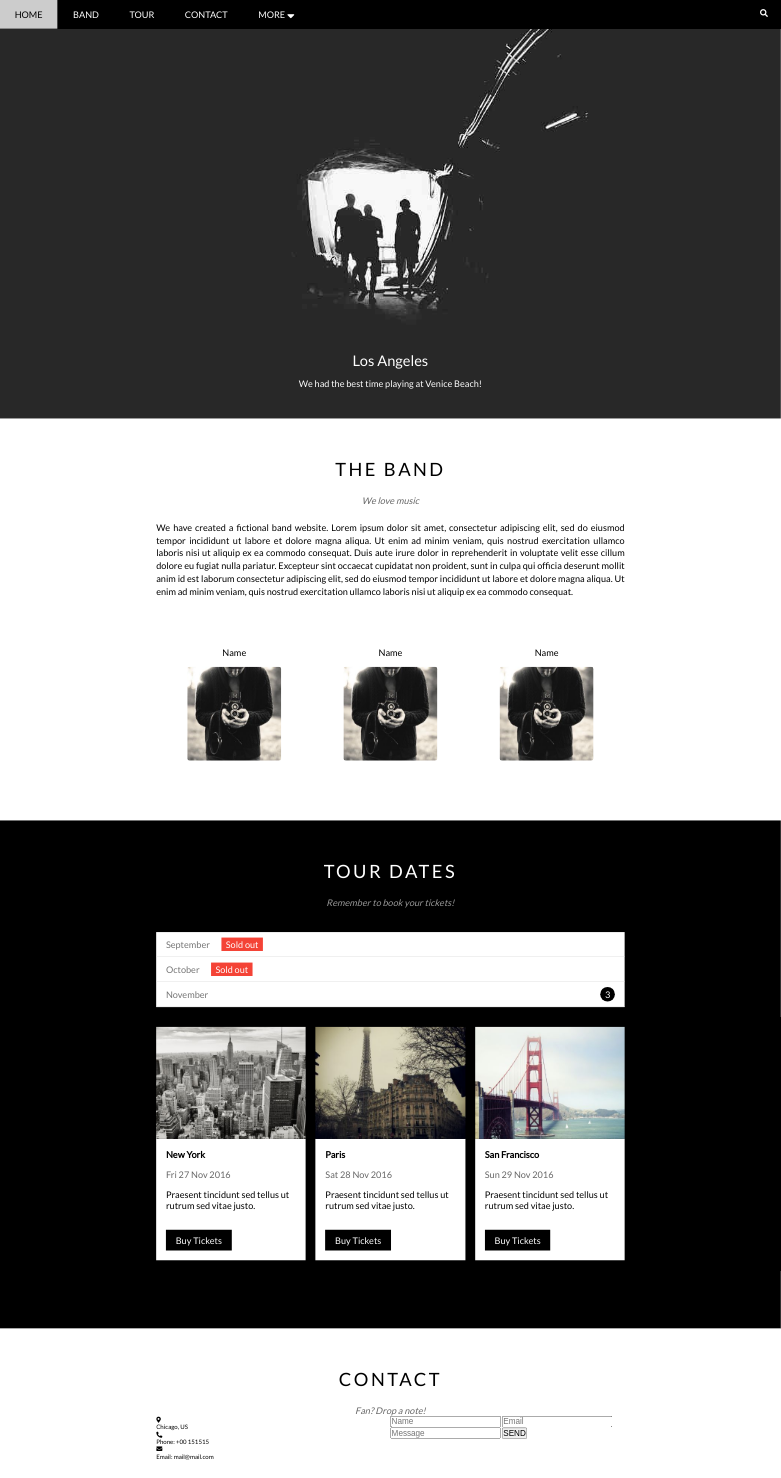
Repository: nguyenthaicong265/w3-band
Page: index.html
An editor plug-in stored every save of this project. The page is shown before and after the next save, followed by the edit.
The browser window is 1280 px wide. The pictures show the whole page, at 61% of full size.

Above is the page before, as saved 2021-12-30 00:51:26.

### index.html
<!DOCTYPE html>
<html lang="en">
<head>
    <meta charset="UTF-8">
    <meta http-equiv="X-UA-Compatible" content="IE=edge">
    <meta name="viewport" content="width=device-width, initial-scale=1.0">
    <title>Document</title>
    <link rel="stylesheet" href="./assets/css/styles.css">
    <link rel="stylesheet" href="https://fonts.googleapis.com/css?family=Lato">
    <link rel="stylesheet" href="./assets/font/themify-icons-font/themify-icons/themify-icons.css">
    <link rel="stylesheet" href="./assets/font/fontawesome-free-5.15.4-web/css/all.css">
</head>
<body>
    <div id="main">
        <div id="header">
            <ul id="nav">
                <li><a href="">Home</a></li>
                <li><a href="">Band</a></li>
                <li><a href="">Tour</a></li>
                <li><a href="">Contact</a></li>
                <li>
                    <a href="#">
                        More
                        <i class="fas fa-sort-down"></i>
                    </a>
                    <ul class="subnav">
                        <li><a href="#">Merchandise</a></li>
                        <li><a href="#">Extras</a></li>
                        <li><a href="#">Media</a></li>
                    </ul>
                </li>
            </ul>
            <div class="search-button">
                <i class="fas fa-search text-white"></i>
            </div>
        </div>

        <div id="slider">
            <div class="text-content text-white">
                <h2 class="text-head">Los Angeles
                </h2>
                <div class="text-description">We had the best time playing at Venice Beach!
                </div>
            </div>
        </div>

        <div id="content">
            <!-- About-section -->
            <div class="band-section">
                <div class="content-section">
                    <h2 class="section-heading">
                    THE BAND
                    </h2>
                    <p class="section-sub-heading">
                    We love music
                    </p>
                    <p class="about-text">We have created a fictional band website. Lorem ipsum dolor sit amet, consectetur adipiscing elit, sed do eiusmod tempor incididunt ut labore et dolore magna aliqua. Ut enim ad minim veniam, quis nostrud exercitation ullamco laboris nisi ut aliquip ex ea commodo consequat. Duis aute irure dolor in reprehenderit in voluptate velit esse cillum dolore eu fugiat nulla pariatur. Excepteur sint occaecat cupidatat non proident, sunt in culpa qui officia deserunt mollit anim id est laborum consectetur adipiscing elit, sed do eiusmod tempor incididunt ut labore et dolore magna aliqua. Ut enim ad minim veniam, quis nostrud exercitation ullamco laboris nisi ut aliquip ex ea commodo consequat.
                    </p>

                    <!-- Member -->
                    <div class="members-list">
                        <div class="member-item">
                            <p class="member-name">Name</p>
                            <img src="./assets/img/band/member1.jpg" alt="Name" class="member-avatar">
                        </div>

                        <div class="member-item">
                            <p class="member-name">Name</p>
                            <img src="./assets/img/band/member1.jpg" alt="Name" class="member-avatar">
                        </div>

                        <div class="member-item">
                            <p class="member-name">Name</p>
                            <img src="./assets/img/band/member1.jpg" alt="Name" class="member-avatar">
                        </div>
                    </div>
                </div>
            </div>

            <!-- Tour-section -->
            <div class="tour-section">
                <div class="content-section">
                    <h2 class="section-heading text-white">
                    TOUR DATES
                    </h2>
                    <p class="section-sub-heading text-white">
                    Remember to book your tickets!
                    </p>

                    <!-- Tickets  -->
                    <ul class="tickets-list">
                        <li>September <span class="sold-out text-white">Sold out</span></li>
                        <li>October <span class="sold-out text-white">Sold out</span></li>
                        <li>November <span class="quantity text-white">3</span></li>
                    </ul>

                    <!-- Places -->
                    <div class="places-list">
                        <div class="places-item">
                            <img src="./assets/img/places/newyork.jpg" alt="New York" class="place-img">
                            <div class="place-body">
                                <h3 class="place-heading">
                                    New York
                                </h3>
                                <p class="place-time">
                                    Fri 27 Nov 2016
                                </p>
                                <p class="place-dsc">
                                    Praesent tincidunt sed tellus ut rutrum sed vitae justo.
                                </p>
                                <a href="#" class="place-buy-ticket">Buy Tickets</a>
                            </div>
                        </div>

                        <div class="places-item">
                            <img src="./assets/img/places/paris.jpg" alt="Paris" class="place-img">
                            <div class="place-body">
                                <h3 class="place-heading">
                                    Paris
                                </h3>
                                <p class="place-time">
                                    Sat 28 Nov 2016
                                </p>
                                <p class="place-dsc">
                                    Praesent tincidunt sed tellus ut rutrum sed vitae justo.
                                </p>
                                <a href="#" class="place-buy-ticket">Buy Tickets</a>
                            </div>
                        </div>

                        <div class="places-item">
                            <img src="./assets/img/places/sanfran.jpg" alt="San Francisco" class="place-img">
                            <div class="place-body">
                                <h3 class="place-heading">
                                    San Francisco
                                </h3>
                                <p class="place-time">
                                    Sun 29 Nov 2016
                                </p>
                                <p class="place-dsc">
                                    Praesent tincidunt sed tellus ut rutrum sed vitae justo.
                                </p>
                                <a href="#" class="place-buy-ticket">Buy Tickets</a>
                            </div>
                        </div>
                    </div>
                </div>
            </div>

            <!-- Contact-section -->
            <div class="contact-section">
                <div class="content-section">
                    <h2 class="section-heading">
                    CONTACT</h2>
                    <p class="section-sub-heading">
                    Fan? Drop a note!</p>
                    <div class="contact-information">
                        <div class="contact-location">
                            <i class="fas fa-map-marker-alt"></i>
                            <p class="location">Chicago, US</p>
                        </div>
                        <div class="contact-phone">
                            <i class="fas fa-phone-alt"></i>
                            <p class="phone">Phone: +00 151515</p>
                        </div>
                        <div class="contact-email">
                            <i class="fas fa-envelope"></i>
                            <p class="email">Email: mail@mail.com</p>
                        </div>
                    </div>
                    <div class="fill-information">
                        <form action="" class="form-information">
                            <input type="text" class="fill-name" placeholder="Name" required name="Name">
                            <input type="text" class="fill-email" placeholder="Email" required name="Email">
                            <input type="text" class="fill-message" placeholder="Message"
                            required name="Message">
                            <button class="button-send" type="submit">SEND</button>
                        </form>
                    </div>
                </div>
            </div>
        </div>

        <div id="footer">

        </div>
    </div>
</body>
</html>

### assets/css/styles.css
/* Reset CSS */
* {
    padding: 0;
    margin: 0;
    box-sizing: border-box;
}

html {
    font-family: "Lato", sans-serif;
    font-size: 62.5%;
}

.text-white {
    color: #ffff !important;
}

#main {

}

#header {
    position: fixed;
    top: 0;
    left: 0;
    right: 0;
    height: 46.5px;
    background-color: #000000;
    z-index: 1;
}

#header .search-button {
    float: right;
    padding: 0 21px;
}

#header .search-button:hover {
    cursor: pointer;
    background-color: #f44336!important;
}

#header .fa-search {
    font-size: 13px;
    line-height: 46px;
}

#nav, .subnav {
    display: inline-block;
    list-style-type: none;
}

#nav > li {
    display: inline-block;
}

#nav li {
    position: relative;
}

#nav > li > a {
    color: #ffffff;
    text-transform: uppercase;
}

#nav li a {
    text-decoration: none;
    line-height: 46.5px;
    padding: 0px 24px;
    font-size: 1.5rem;
    display: block;
}

#nav .fa-sort-down {
    font-size: 20px;
}

#nav li:hover .subnav {
    display: block;

}

#nav > li:hover > a,
#nav .subnav li:hover a {
    color: #000 !important;
    background-color: #ccc !important;
}

#nav .subnav {
    display: none;
    position: absolute;
    min-width: 160px;
    top: 46.5px;
    background-color: #ffffff;
    box-shadow: 0 0 10px rgba(0, 0, 0, 0.3);
}

#nav .subnav a {
    color: #000;
    padding: 0 12px;
    line-height: 38px;
}

#slider {
    position: relative;
    margin-top: 46px;
    padding-top: 50%;
    background: url(/assets/img/slider/slider1.jpg) top center / cover no-repeat;
}

#slider .text-content {
    position: absolute;
    bottom: 48px;
    width: 100%;
    text-align: center;
}

#slider .text-head {
    font-weight: 100;
    font-size: 24px;
    margin-bottom: 10px;
}
#slider .text-description {
    font-size: 15px;
    margin-top: 15px;
}

#content {
}

#content .content-section {
    width: 800px;
    padding: 64px 16px ;
    margin-left: auto;
    margin-right: auto;
}

#content .section-heading {
    font-size: 30px;
    font-weight: 400;
    letter-spacing: 4px;
    text-align: center;
}

#content .section-sub-heading {
    font-size: 15px;
    font-style: italic;
    text-align: center;
    opacity: 0.6;
    margin-top: 25px;
}

#content .about-text {
    text-align: justify;
    font-size: 15px;
    margin-top: 25px;
    line-height: 1.4;
}

#content .members-list {
    margin-top: 48px;
    overflow: hidden;
    padding-top: 32px !important;
    padding-bottom: 32px !important;
}

#content .member-item {
    float: left;
    width: 33.333333%;
    text-align: center;
}

#content .member-name {
    font-size: 15px;


}

#content .member-avatar {
    width: 60%;
    margin-top: 15px;
    border-radius: 4px;
}

.tour-section {
    background-color: #000;
    width: 100%;
}

.tickets-list {
    background-color: #ffffff;
    margin-top: 40px;
    list-style-type: none;
}

.tickets-list li {
    font-size: 15px;
    padding: 11px 16px;
    border-bottom: 1px solid #dddd;
    color: #757575;
}

.tickets-list .sold-out {
    background-color: #f44336!important;
    padding: 2px 7px;
    margin-left: 16px;
}

.tickets-list .quantity {
    float: right;
    width: 24px;
    height: 24px;
    background-color: #000;
    border-radius: 50%;
    line-height: 24px;
    text-align: center;
    margin-top: -3px;
}

.places-list {
    margin: 32px -8px 0px;
    overflow: hidden;
    padding-bottom: 48px;
}

.places-item {
    float: left;
    width: 33.33333%;
    padding: 0 8px;

}

.place-img {
    display: block;
    width: 100%;
}

.place-img:hover {
    opacity: 0.6;
}

.place-body {
    background-color: #ffff;
    padding: 16px;
}

.place-heading {
    font-size: 15px;
    font-weight: bolder;
    margin-bottom: 15px;
}

.place-time {
    font-size: 15px;
    opacity: 0.6;
    margin-bottom: 15px;
}

.place-dsc {
    font-size: 15px;
    margin-bottom: 15px;
}

.place-buy-ticket {
    display: inline-block;
    font-size: 15px;
    color: #ffff;
    background-color: #000;
    text-decoration: none;
    padding: 8px 16px;
    margin-top: 16px;
}

.place-buy-ticket:hover {
    color: #000;
    background-color: #ccc;
}

.contact-section {
    background-color: #fff;
    width: 100%;

}

.contact-information {
    float: left;
    width: 49.99999%;
    margin-bottom: 16px;
    overflow: hidden;
}

.fas {
    display: inline-block;
}

.contact-location {

}


.contact-phone {

}



#footer {

}

Loaded but not shown: assets/font/themify-icons-font/themify-icons/themify-icons.css (common file); assets/font/fontawesome-free-5.15.4-web/css/all.css (library)

After the next save:
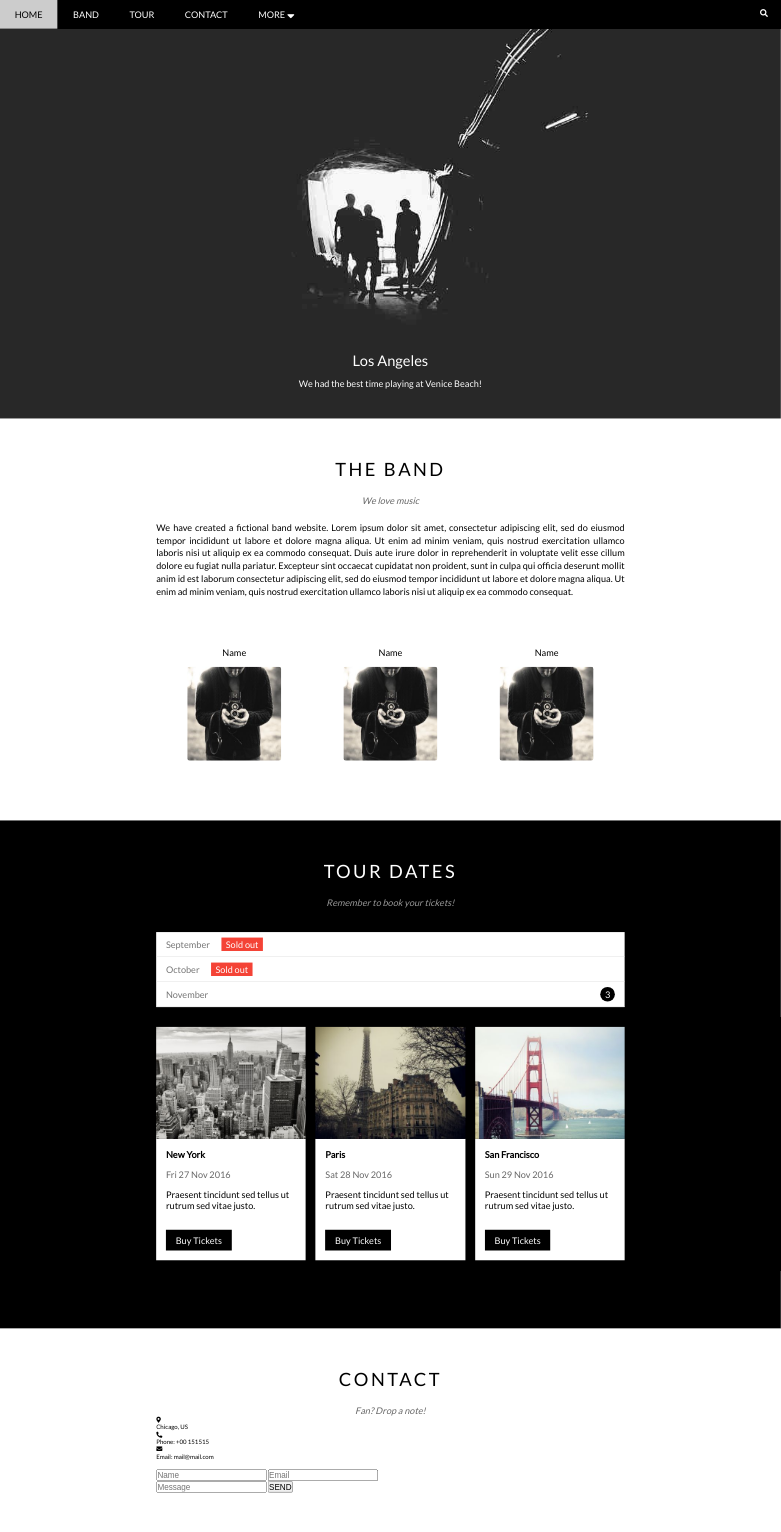
Saved 16 s later.
--- a/assets/css/styles.css
+++ b/assets/css/styles.css
@@ -300,8 +300,9 @@ html {
 
 }
 
-
-
+.fill-information {
+    width: 49.99999%;
+}
 #footer {
 
 }
